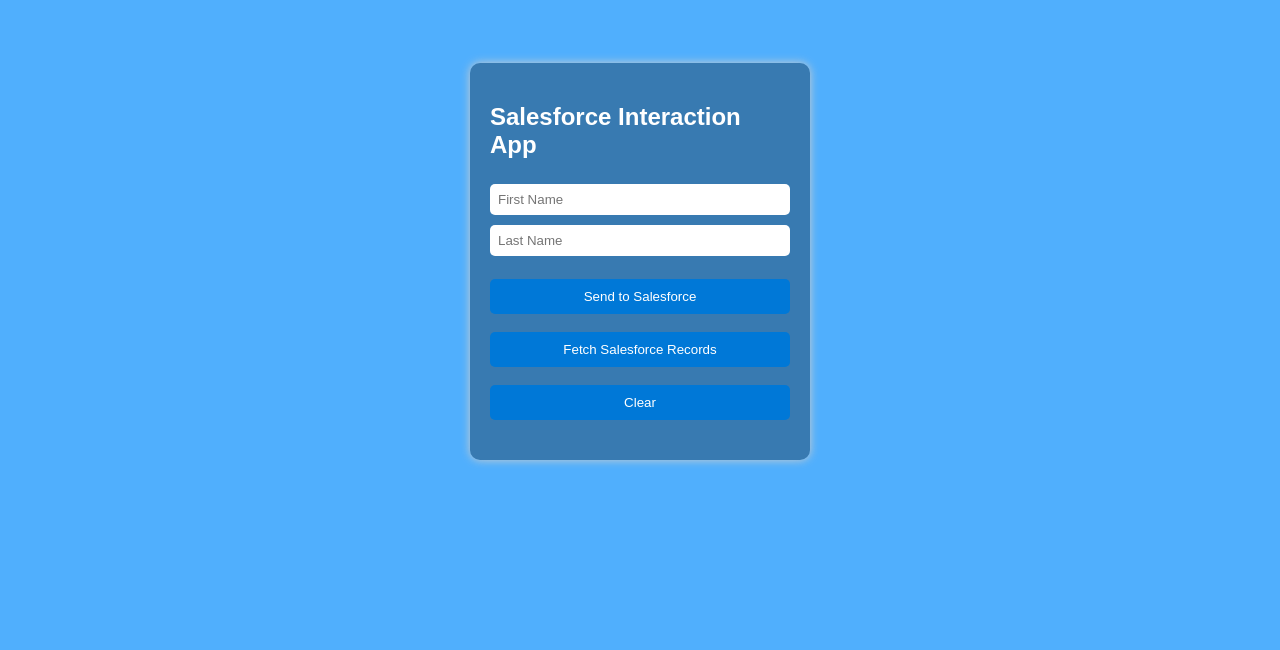
Repository: PamodaW/SalesforceSync
Page: Client/index.html
The author's editor kept a copy of each file at every save. The page is drawn from the files as they stood at one save, then again after the next save.
The browser window is 1280 px wide. The pictures show the whole page.

Above is the page before, as saved 2024-11-20 15:38:52.

### Client/index.html
<!DOCTYPE html>
<html lang="en">
<head>
    <meta charset="UTF-8">
    <meta name="viewport" content="width=device-width, initial-scale=1.0">
    <link rel="stylesheet" href="style.css">
    <title>Salesforce Web App</title>
</head>
<body>
    <div class="Clouds"></div>
    <div class="Clouds"></div>
    <div class="Clouds"></div>
    <div class="container">
        <h2>Salesforce Interaction App</h2>
        <form id="salesforceForm">
            <input type="text" id="firstName" placeholder="First Name" required>
            <input type="text" id="lastName" placeholder="Last Name" required>
            <br/><br>
            <button type="button" onclick="createRecord()">Send to Salesforce</button>
        </form>
        <br/>
        <button onclick="fetchRecords()">Fetch Salesforce Records</button>
        <br/><br>
        <button onclick="ClearArea()">Clear</button>
        <div id="output"></div>
    </div>
    <script src="script.js"></script>
</body>
</html>

### Client/style.css
body {
    font-family: Arial, sans-serif;
    background-color: #50affd;
}

.container {
    width: 300px;
    margin: 50px auto;
    padding: 20px;
    background: white;
    border-radius: 10px;
    box-shadow: 0 0 10px #ccc;
    background-color: rgba(0, 0, 0, 0.3); /* 30% transparent black background */
    color: #ffffff; /* Text color remains opaque */
    margin-top: 5%;
}

input {
    width: 100%;
    padding: 8px;
    margin: 5px 0;
    box-sizing: border-box;
    border: none;
    border-radius: 5px;
}

button {
    width: 100%;
    padding: 10px;
    background: #0078d7;
    color: white;
    border: none;
    border-radius: 5px;
    cursor: pointer;
}

button:hover {
    background: #0056a6;
}

#output {
    margin-top: 20px;
}

### Client/script.js
const consumerKey = "3MVG9DREgiBqN9Wn1tmI.eQb32fXpKrWsCOiPp9anMP.XOEs3Rv7Ic_w7Q17wlZtloetkekoWTk5wvuYA8eFB";
const consumerSecret = "A0E8A1E3413392B2C6332CBA430EEA0D6A9BF24CEB56DDAEEF33126583276774";
const username = "pamodaw@gmail.com";
const password = "Pamzi2020yBm8RGuqKhuSUMUayOxBCQAk";

let accessToken = "";

async function authenticate() {
    try {
        const response = await fetch('http://localhost:3000/authenticate', {
            method: 'POST',
            headers: {
                'Content-Type': 'application/json',
            },
        });

        const data = await response.json();
        if (data.access_token) {
            accessToken = data.access_token;
            instanceUrl = data.instance_url;
            console.log('Authenticated successfully');
        } else {
            console.error('Authentication failed', data);
            alert("Authentication failed: " + JSON.stringify(data));
        }
    } catch (error) {
        console.error('Error during authentication', error);
    }
}


// Step 2: Create a Record in Salesforce
// Assuming the accessToken and instanceUrl are set after authentication

async function createRecord() {
    if (!accessToken || !instanceUrl) {
        await authenticate();
    }

    if (accessToken && instanceUrl) {
        const firstName = document.getElementById("firstName").value;
        const lastName = document.getElementById("lastName").value;

        const newContact = {
            FirstName: firstName,
            LastName: lastName,
        };

        try {
            const response = await fetch('http://localhost:3000/createContact', {  // Matches the server port
                method: 'POST',
                headers: {
                    'Content-Type': 'application/json',
                },
                body: JSON.stringify({
                    accessToken: accessToken,
                    instanceUrl: instanceUrl,
                    contactData: newContact,
                }),
            });

            const data = await response.json();

            if (data.id) {
                console.log('Contact created successfully', data);
                alert(`Contact created successfully: ${data.id}`);
            } else {
                console.error('Failed to create contact', data);
                alert("Failed to create contact: " + JSON.stringify(data));
            }
        } catch (error) {
            console.error('Error during contact creation', error);
        }
    } else {
        console.error('Authentication failed. Cannot create record.');
    }
}



// Step 3: Fetch Records from Salesforce
async function fetchRecords() {
    if (!accessToken || !instanceUrl) {
        await authenticate();
    }

    if (accessToken && instanceUrl) {
        try {
            const response = await fetch('http://localhost:3000/getContacts', {
                method: 'POST',
                headers: {
                    'Content-Type': 'application/json',
                },
                body: JSON.stringify({
                    accessToken: accessToken,
                    instanceUrl: instanceUrl,
                }),
            });

            const contacts = await response.json();

            if (Array.isArray(contacts)) {
                console.log('Contacts fetched successfully:', contacts);
                let output = "<h3>Fetched Contacts:</h3>";
                contacts.forEach(contact => {
                    output += `<p>${contact.FirstName} ${contact.LastName}</p>`;
                });
                document.getElementById('output').innerHTML = output;
            } else {
                console.error('Failed to fetch contacts', contacts);
                alert("Failed to fetch contacts: " + JSON.stringify(contacts));
            }
        } catch (error) {
            console.error('Error during contact fetch', error);
        }
    } else {
        console.error('Authentication failed. Cannot fetch contacts.');
    }
}

//clear the Area
async function ClearArea(){
    document.getElementById('output')
            .innerHTML = "";
}

After the next save:
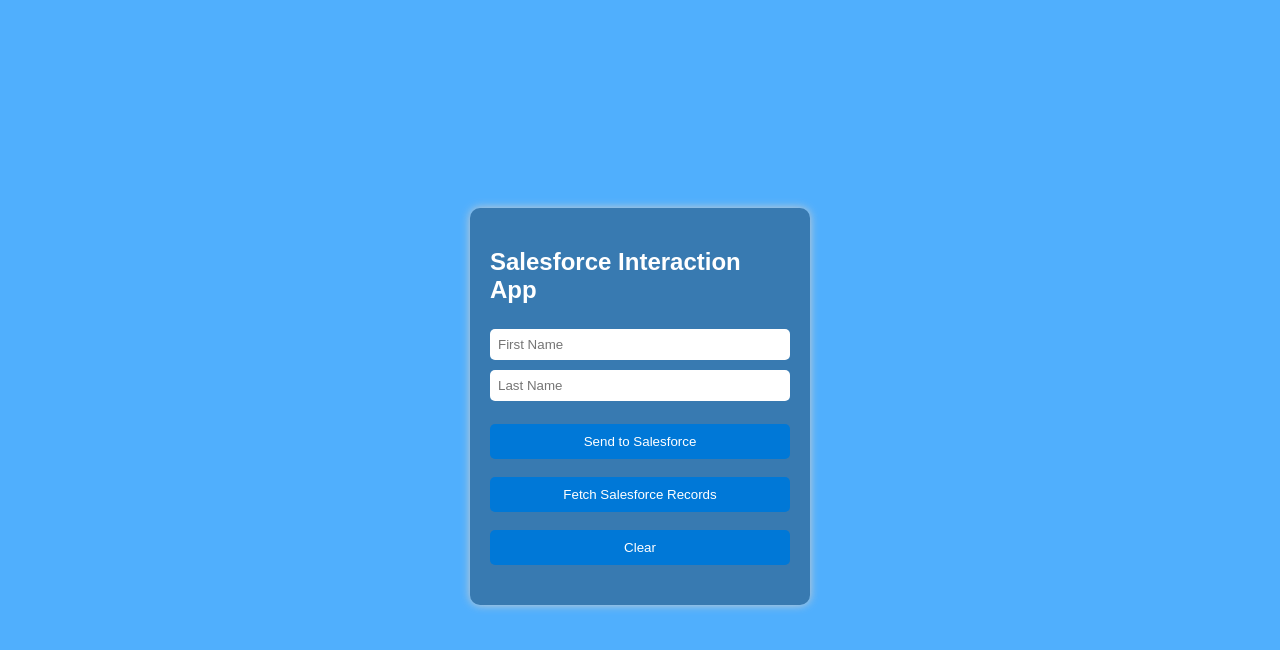
Saved 25 s later.
--- a/Client/style.css
+++ b/Client/style.css
@@ -12,7 +12,7 @@
     box-shadow: 0 0 10px #ccc;
     background-color: rgba(0, 0, 0, 0.3); /* 30% transparent black background */
     color: #ffffff; /* Text color remains opaque */
-    margin-top: 5%;
+    margin-top: 5.5cm;
 }
 
 input {
